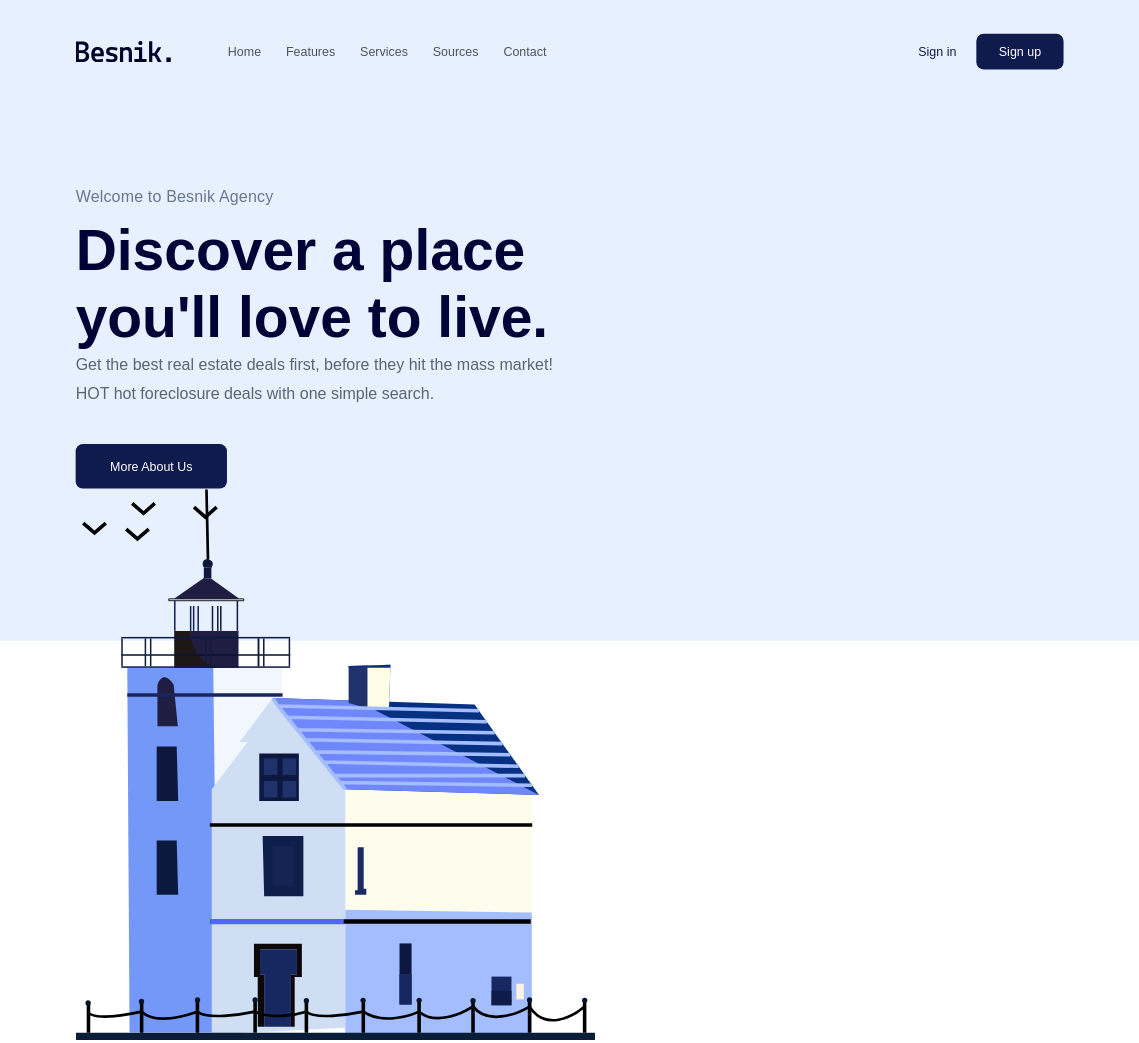
Repository: Daidoichihuy/project-01
Page: index.html
These files come from the project's save history. The page is drawn as it stood at one moment and after the next save; the edit follows.
The browser window is 1280 px wide. The pictures show the whole page, at 89% of full size.

Above is the page before, as saved 2024-04-28 12:10:01.

### index.html
<!DOCTYPE html>
<html lang="en">
  <head>
    <meta charset="UTF-8" />
    <meta name="viewport" content="width=device-width, initial-scale=1.0" />
    <title>Project_01</title>
    <link rel="stylesheet" href="./assets/css/reset.css" />
    <link rel="stylesheet" href="./assets/fonts/stylefont.css" />
    <link rel="stylesheet" href="./assets/css/style.css" />
  </head>
  <body>
    <main>
      <header class="header">
        <div class="content">
          <nav class="navbar">
            <!-- LOGO -->
            <img src="./assets/imgs/Logo.svg" alt="Besnik." />
            <!-- NAVIGATION -->
            <ul>
              <li><a href="#!">Home</a></li>
              <li><a href="#!">Features</a></li>
              <li><a href="#!">Services</a></li>
              <li><a href="#!">Sources</a></li>
              <li><a href="#!">Contact</a></li>
            </ul>
            <!-- ACTIVE -->
            <div class="action">
              <a href="#!" class="action-link">Sign in</a>
              <a href="#!" class="btn action-btn">Sign up</a>
            </div>
          </nav>
          <div class="hero">
            <div class="info">
              <p class="sub-title">Welcome to Besnik Agency</p>
              <h1 class="title">Discover a place you'll love to live.</h1>
              <p class="des">
                Get the best real estate deals first, before they hit the mass
                market! HOT hot foreclosure deals with one simple search.
              </p>
              <a href="#!" class="btn hero-cta">More About Us</a>
            </div>
            <img
              src="./assets/imgs/Group 439.svg"
              alt="Discover a place you'll love to live"
              class="hero-img"
            />
          </div>
        </div>
      </header>
    </main>
  </body>
</html>

### assets/fonts/stylefont.css
@font-face {
  font-family: "DVN-Poppins";
  src: url("poppins/DVNPoppins-Regular.woff2") format("woff2"),
    url("poppins/DVNPoppins-Regular.woff") format("woff");
  font-weight: normal;
  font-style: normal;
  font-display: swap;
}

@font-face {
  font-family: "DVN-Poppins ExtBd";
  src: url("poppins/DVNPoppins-ExtraBold.woff2") format("woff2"),
    url("poppins/DVNPoppins-ExtraBold.woff") format("woff");
  font-weight: bold;
  font-style: normal;
  font-display: swap;
}

### assets/css/style.css
* {
  box-sizing: border-box;
}

:root {
  --primary-color: #0f1b4c;
}

html {
  font-size: 62.5%;
}

body {
  font-size: 1.6rem;
  font-family: "poppins", sans-serif;
}

/* COMMON */
.content {
  width: 1110px;
  max-width: calc(100% - 48px);
  margin-left: auto;
  margin-right: auto;
}

a {
  text-decoration: none;
}

.btn {
  display: inline-block;
  min-width: 98px;
  padding: 18px 16px;
  border-radius: 8px;
  background: var(--primary-color);
  color: #fff;
  text-align: center;
  font-size: 1.4rem;
  font-weight: 500;
}

/* HEADER*/
.header {
  background: #e6f0ff;
  height: 100vh;
}

.navbar {
  display: flex;
  align-items: center;
  padding-top: 38px;
}

.navbar ul {
  display: flex;
  margin-left: 50px;
}

.navbar ul li a {
  font-weight: 500;
  font-size: 1.4rem;
  color: #4f5361;
  padding: 8px 14px;
}
.navbar .action {
  margin-left: auto;
}

.navbar .action-link {
  font-size: 1.4rem;
  font-weight: 500;
  color: var(--primary-color);
}

.navbar .action-btn {
  padding: 13px 16px;
  margin-left: 18px;
}

/* HERO */
.hero {
  margin-top: 130px;
}

.hero .info {
  width: 51%;
}
.hero .sub-title {
  color: #687690;
  font-size: 1.8rem;
  line-height: 1.5;
  font-weight: 500;
  letter-spacing: 0.18px;
}

.hero .title {
  color: #000336;
  font-size: 6.4rem;
  font-weight: 700;
  line-height: 1.19;
  margin-top: 8px;
}

.hero .des {
  color: #5a6473;
  font-size: 1.8rem;
  font-weight: 400;
  line-height: 177.778%;
}
.hero-cta {
  min-width: 170px;
  margin-top: 40px;
}

Loaded but not shown: assets/css/reset.css (common file)

After the next save:
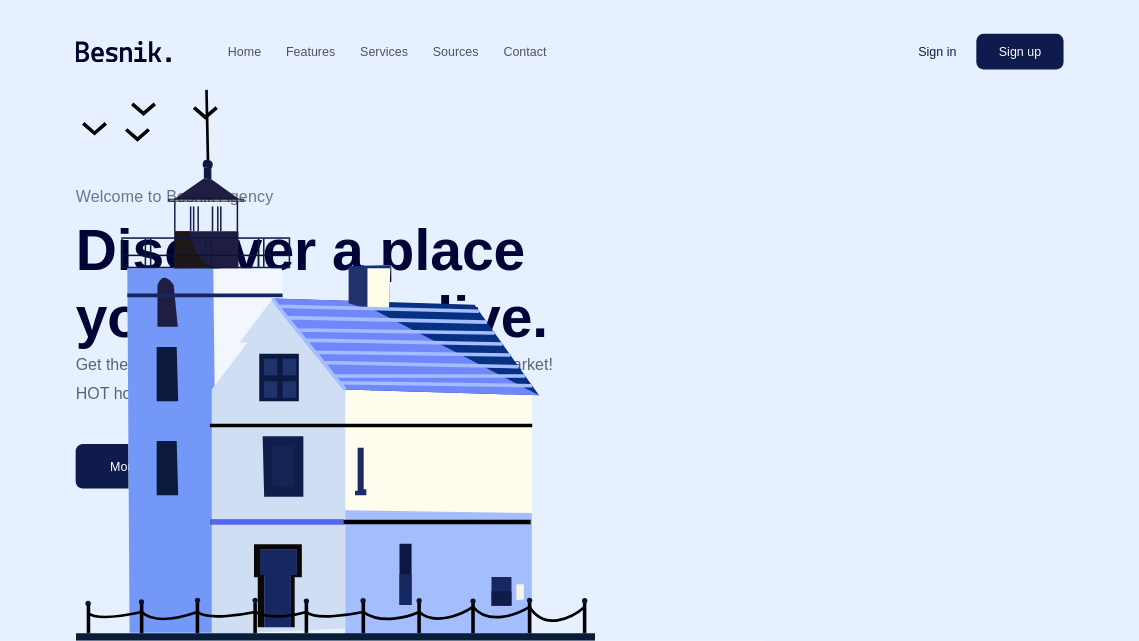
Saved 4 min 52 s later.
--- a/assets/css/style.css
+++ b/assets/css/style.css
@@ -41,6 +41,7 @@
 
 /* HEADER*/
 .header {
+  position: relative;
   background: #e6f0ff;
   height: 100vh;
 }
@@ -111,3 +112,8 @@
   min-width: 170px;
   margin-top: 40px;
 }
+
+.hero-img {
+  position: absolute;
+  bottom: 0;
+}
